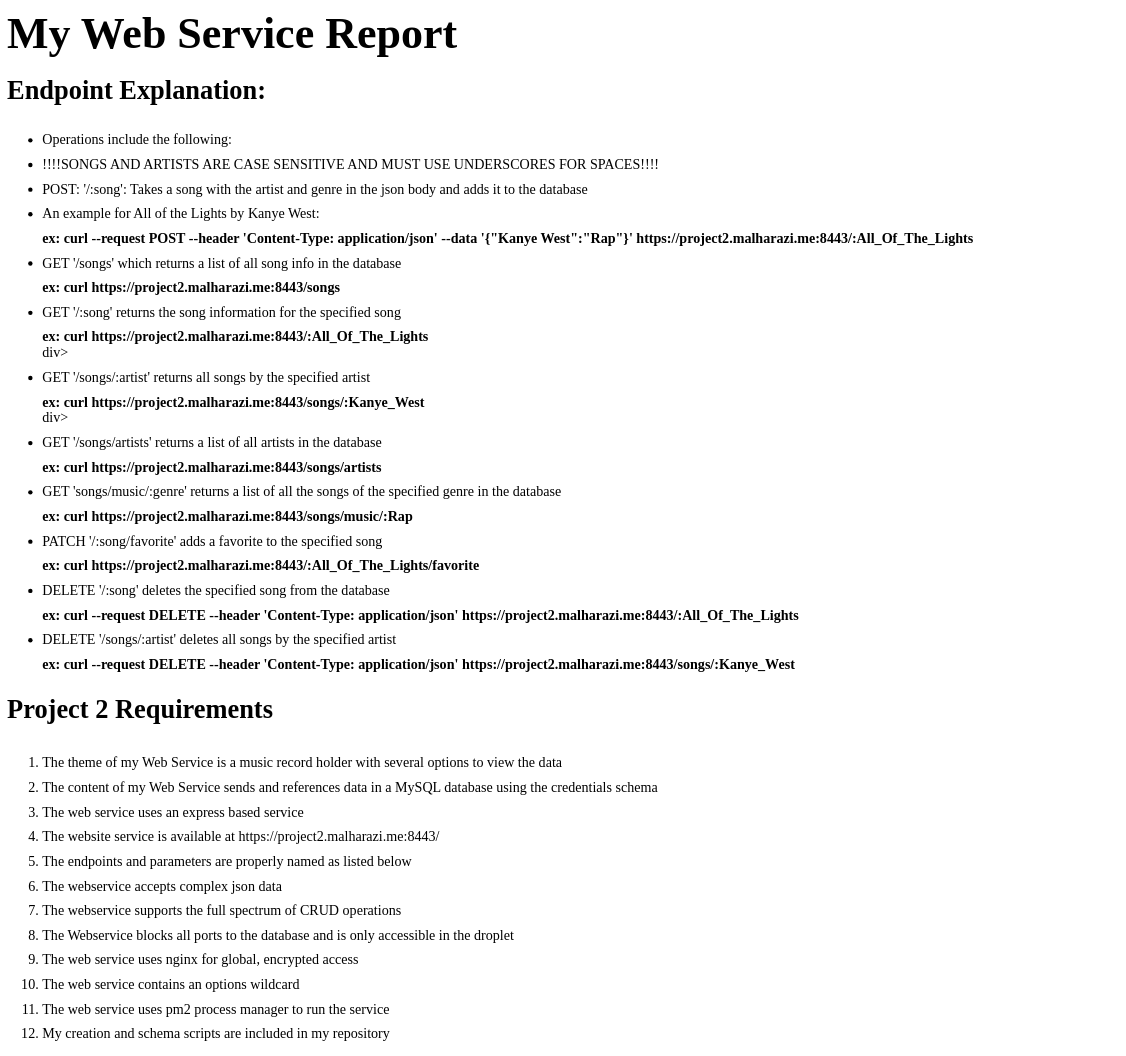
Repository: alharama/WebService
Page: report.html
These files come from the project's save history. The page is drawn as it stood at one moment and after the next save; the edit follows.
The browser window is 1280 px wide. The pictures show the whole page, at 88% of full size.

Above is the page before, as saved 2021-11-01 19:50:30.

After the next save:
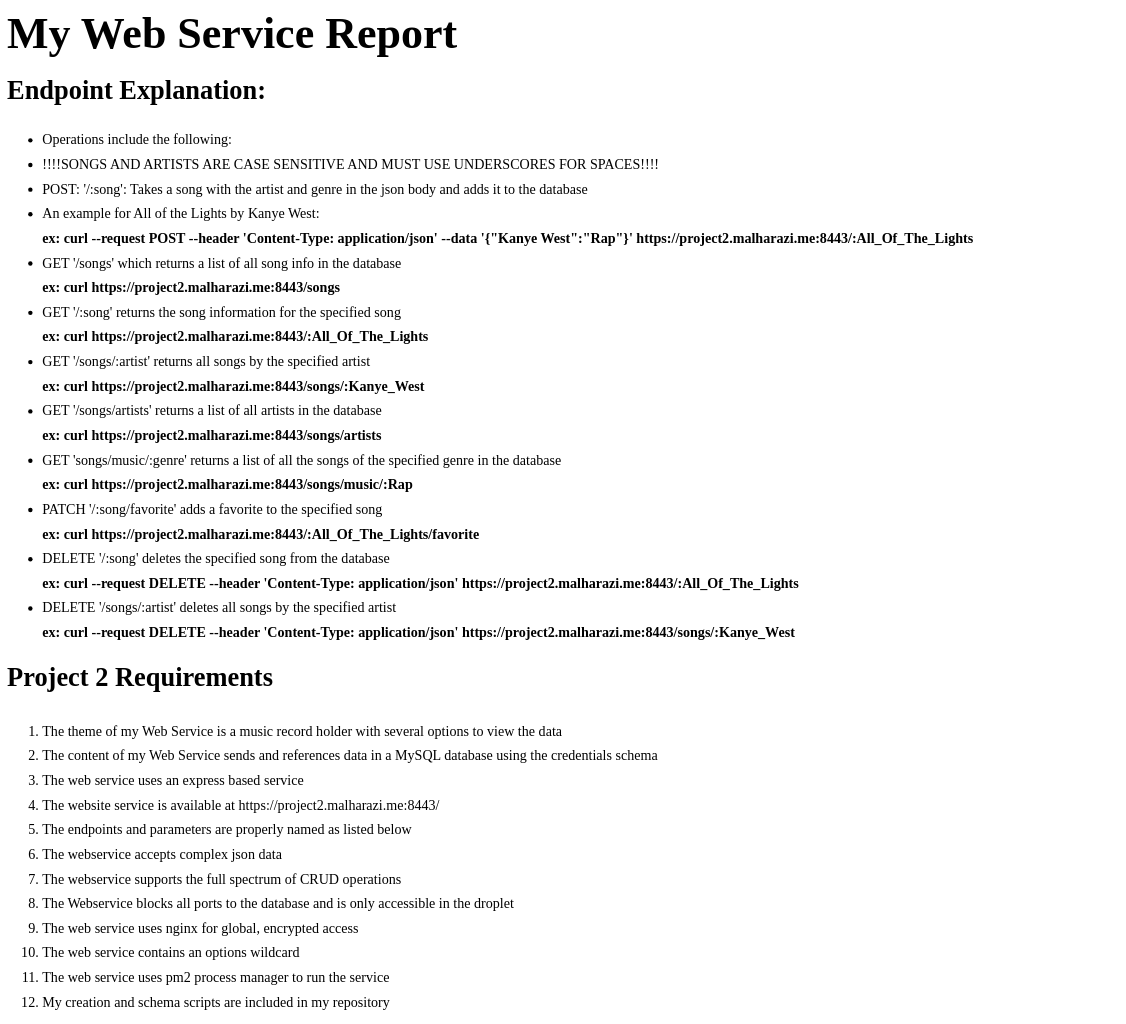
Saved 72 s later.
--- a/report.html
+++ b/report.html
@@ -58,10 +58,10 @@
       <div>ex: curl https://project2.malharazi.me:8443/songs</div>
       <li>GET '/:song' returns the song information for the specified song</li>
       <div>ex: curl https://project2.malharazi.me:8443/:All_Of_The_Lights</div>
-      div>
+
       <li>GET '/songs/:artist' returns all songs by the specified artist</li>
       <div>ex: curl https://project2.malharazi.me:8443/songs/:Kanye_West</div>
-      div>
+
       <li>
         GET '/songs/artists' returns a list of all artists in the database
       </li>
